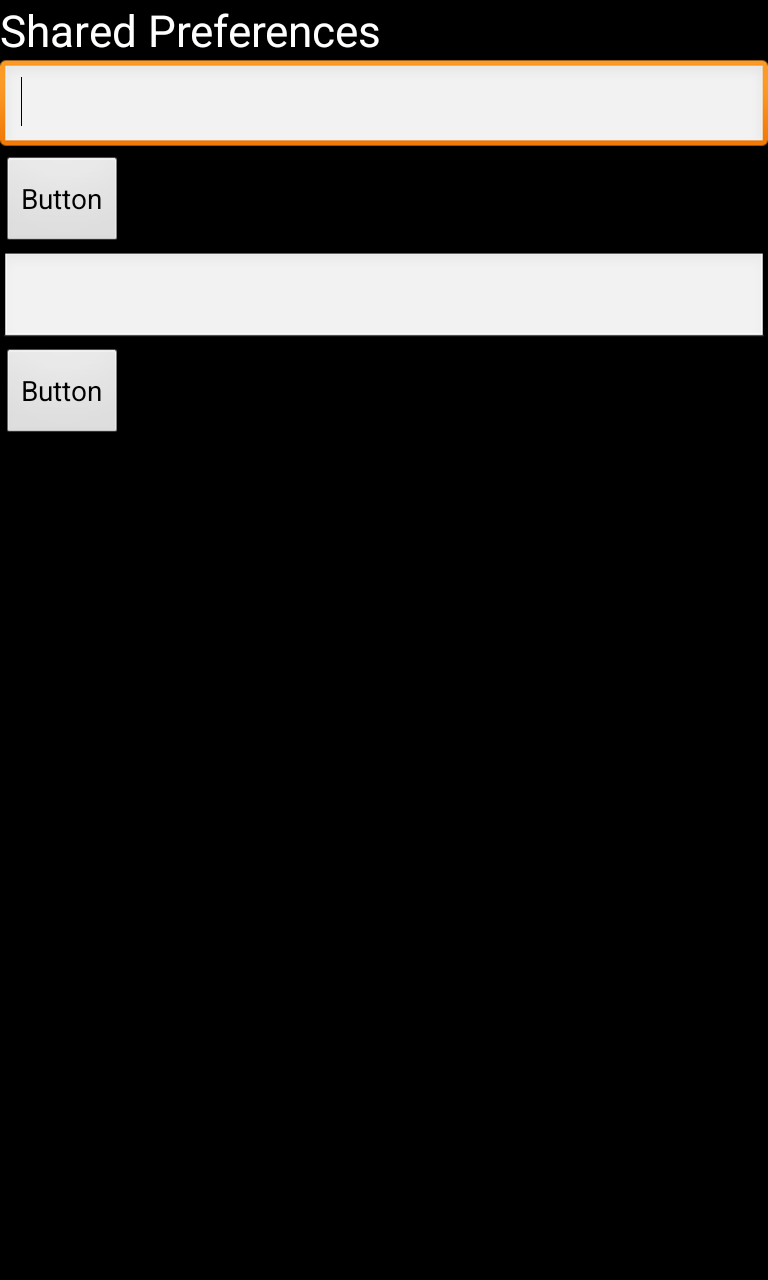
Repository: smartapps08/addteqtutorials
Layout: Shared Prefernces Demo/res/layout/main.xml
An editor plug-in stored every save of this project. The layout is shown before and after the next save, followed by the edit.
It is drawn on a 768 x 1280 px phone screen (xhdpi) without system bars, with theme android:Theme; the app's code is not run.

Above is the layout before, as saved 2012-06-12 14:47:18.

After the next save:
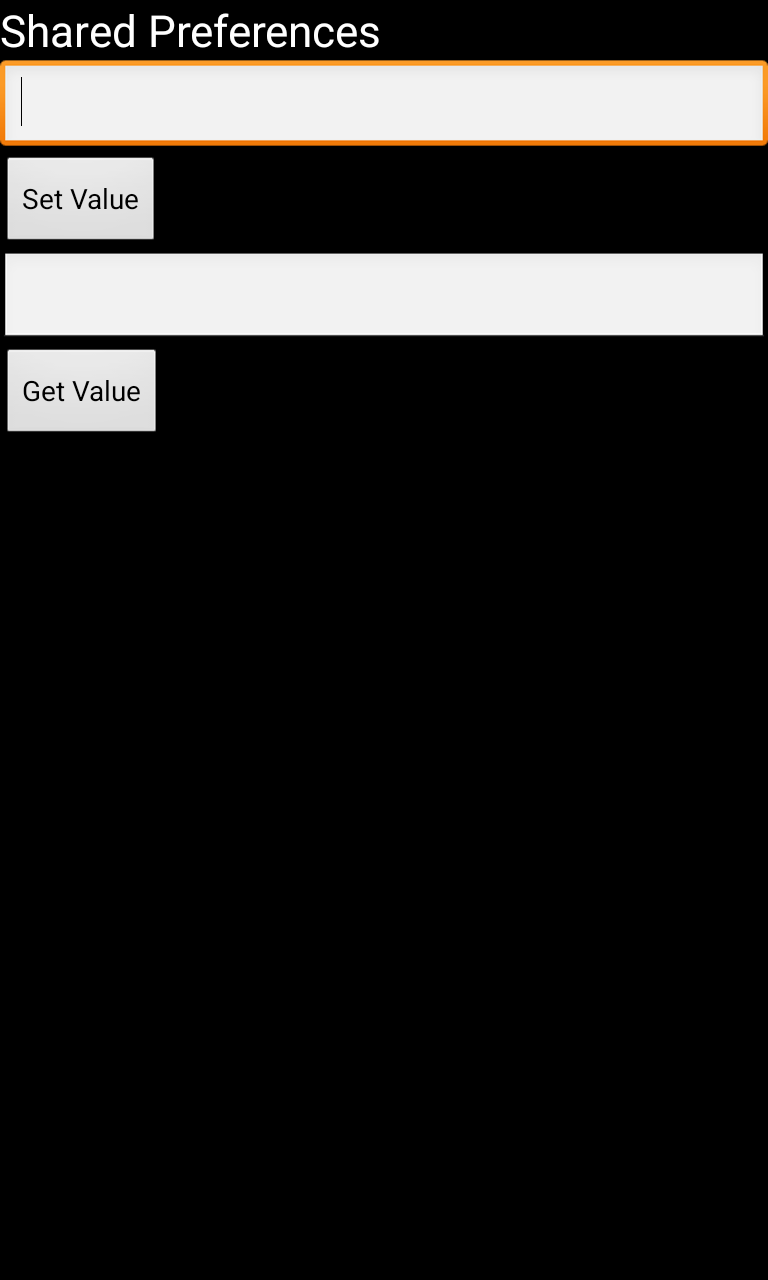
Saved 37 s later.
--- a/Shared Prefernces Demo/res/layout/main.xml
+++ b/Shared Prefernces Demo/res/layout/main.xml
@@ -21,21 +21,21 @@
     </EditText>
 
     <Button
-        android:id="@+id/button1"
+        android:id="@+id/btnSet"
         android:layout_width="wrap_content"
         android:layout_height="wrap_content"
-        android:text="Button" />
+        android:text="Set Value" />
 
     <EditText
-        android:id="@+id/editText2"
+        android:id="@+id/etValueToGet"
         android:layout_width="match_parent"
         android:layout_height="wrap_content"
         android:ems="10" />
 
     <Button
-        android:id="@+id/button2"
+        android:id="@+id/btnGet"
         android:layout_width="wrap_content"
         android:layout_height="wrap_content"
-        android:text="Button" />
+        android:text="Get Value" />
 
 </LinearLayout>
